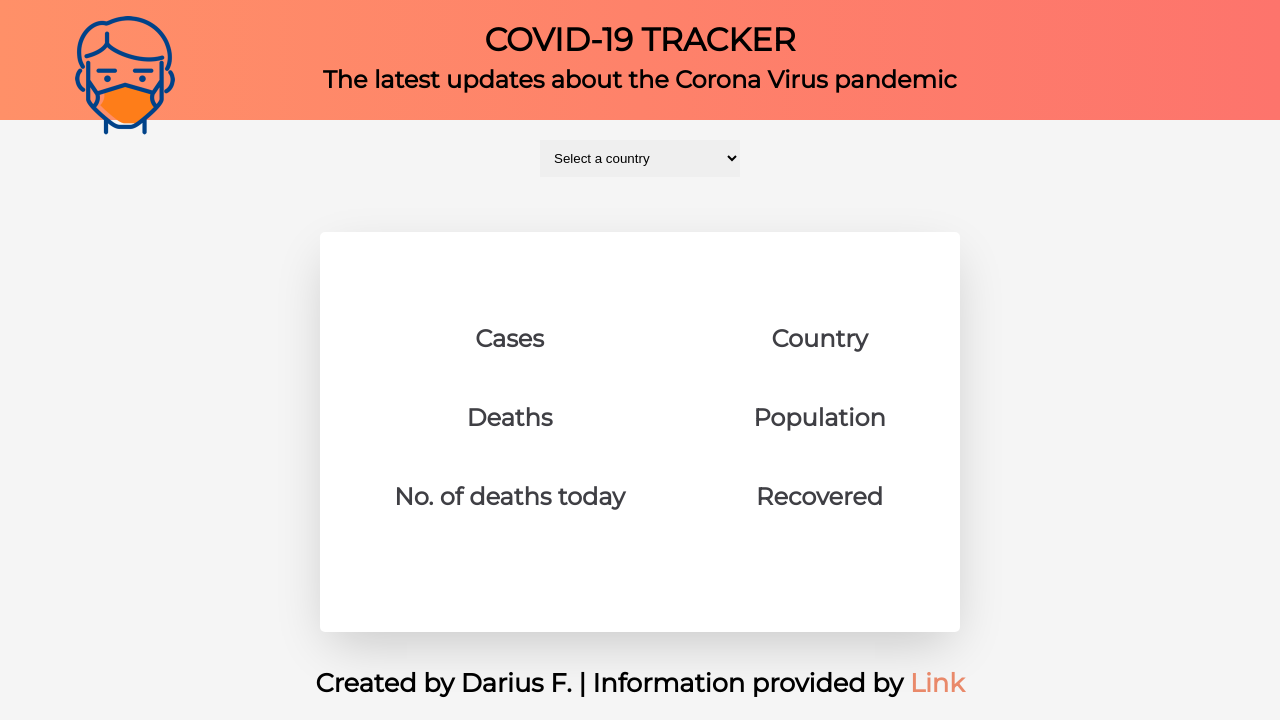
Repository: dariusfarcasanu/Covid-Tracker
Page: index.html
An editor plug-in stored every save of this project. The page is shown before and after the next save, followed by the edit.
The browser window is 1280 px wide. The pictures show the whole page.
The page's requests for data from a server got no answer.

Above is the page before, as saved 2021-05-12 16:18:52.

### index.html
<!DOCTYPE html>
<html lang="en">
  <head>
    <meta charset="UTF-8" />
    <meta http-equiv="X-UA-Compatible" content="IE=edge" />
    <meta name="viewport" content="width=device-width, initial-scale=1.0" />
    <link rel="preconnect" href="https://fonts.gstatic.com" />
    <link
      href="https://fonts.googleapis.com/css2?family=Montserrat&display=swap"
      rel="stylesheet"
    />
    <link rel="stylesheet" href="styles.css" />
    <title>Covid-19 Tracker</title>
  </head>
  <body>
    <header>
      <div class="image-container">
        <img src="rouska-covid.png" alt="" />
      </div>
      <div class="title">
        <h1>Covid-19 Tracker</h1>
        <h2>The latest updates about the Corona Virus pandemic</h2>
      </div>
    </header>
    <div class="container">
      <div class="select-container">
        <select onchange="getData(value)">
          <option value="" disabled selected hidden>Select a country</option>
        </select>
      </div>
      <div class="data-container">
        <div class="stats-container">
          <h4>Cases</h4>
          <h3 id="cases"></h3>
          <h4>Deaths</h4>
          <h3 id="deaths"></h3>
          <h4>No. of deaths today</h4>
          <h3 id="today"></h3>
        </div>

        <div class="location-container">
          <h4>Country</h4>
          <h3 id="country"></h3>
          <h4>Population</h4>
          <h3 id="population"></h3>
          <h4>Recovered</h4>
          <h3 id="recovered"></h3>
        </div>
      </div>
      <div class="footer">
        <h1>
          Created by Darius F. | Information provided by
          <a href="https://systems.jhu.edu/research/public-health/ncov/"
            >Link</a
          >
        </h1>
      </div>
    </div>
    <script src="index.js"></script>
  </body>
</html>

### styles.css
* {
  padding: 0;
  margin: 0;
  box-sizing: border-box;
}

body {
  height: 100vh;
  font-family: 'Montserrat', sans-serif;
  background-color: whitesmoke;
}

h4,
h3 {
  font-size: 1.5rem;
  padding: 10px;
  margin-bottom: 5px;
}

h3 {
  font-weight: 300;
}

header {
  background: linear-gradient(to right, #ff9068, #fd746c);
  text-align: center;
  line-height: 2.5rem;
  height: auto;
  padding: 20px;
  display: flex;
  justify-content: center;
  position: relative;
}

.image-container img {
  position: absolute;
  top: 0;
  left: 50px;
  max-width: 100%;
  display: block;
  height: auto;
  width: 150px;
}

.title {
  /* margin-left: 250px; */
  text-align: center;
  display: flex;
  flex-direction: column;
  align-items: center;
  justify-content: center;
}
.title h1 {
  text-transform: uppercase;
}

.select-container {
  padding: 20px;
  text-align: center;
}

.select-container select {
  padding: 10px;
  border: none;
  width: 200px;
  outline: none;
}

.data-container {
  background-color: white;
  height: 400px;
  width: 50%;
  margin: 35px auto 35px;
  padding: 10px;
  display: flex;
  justify-content: space-around;
  align-items: center;
  text-align: center;
  box-shadow: rgba(0, 0, 0, 0.2) 0px 18px 50px -10px;
  border-radius: 5px;
  color: #3f3f44;
  z-index: 100;
}

.footer {
  text-align: center;
  font-size: 0.8rem;
}

.footer a {
  text-decoration: none;
  color: #e9896a;
}

.footer a:hover {
  color: black;
}

@media screen and (max-width: 960px) {
  header {
    flex-direction: column;
  }

  .title {
    margin: 0;
  }

  .image-container {
    margin: 0 auto;
  }
}

@media screen and (max-width: 800px) {
  .data-container {
    flex-direction: column;
    height: 700px;
    justify-content: center;
  }
}

### index.js
window.onload = function () {
  getCovidCountries();
};

const selectTag = document.querySelector('select');
const country = document.getElementById('country');
const cases = document.getElementById('cases');
const population = document.getElementById('population');
const recovered = document.getElementById('recovered');
const deaths = document.getElementById('deaths');
const today = document.getElementById('today');
//We created a function that gets the countries from the API
//and adds them to the select options

function getCovidCountries() {
  fetch('https://corona.lmao.ninja/v2/countries')
    .then(resp => resp.json())
    .then(data => {
      data.map(data => {
        let country = data.country;

        let option = document.createElement('option');
        option.value = country;
        option.text = country;
        selectTag.appendChild(option);
      });
    })
    .catch(err => console.log(err));
}

//Function to fetch the data from the external API and add the
//data to the interface

function getData() {
  fetch(`https://corona.lmao.ninja/v2/countries/${selectTag.value}`)
    .then(resp => resp.json())
    .then(data => {
      let countryData = data.country;
      let casesData = data.cases;
      let populationData = data.population;
      let recoveredData = data.recovered;
      let deathsData = data.deaths;
      let todayData = data.todayDeaths;

      country.innerHTML = countryData;
      cases.innerHTML = casesData.toLocaleString('en');
      population.innerHTML = populationData.toLocaleString('en');
      recovered.innerHTML = recoveredData.toLocaleString('en');
      deaths.innerHTML = deathsData.toLocaleString('en');
      today.innerHTML = todayData.toLocaleString('en');
    })

    .catch(err => console.log(err));
}

After the next save:
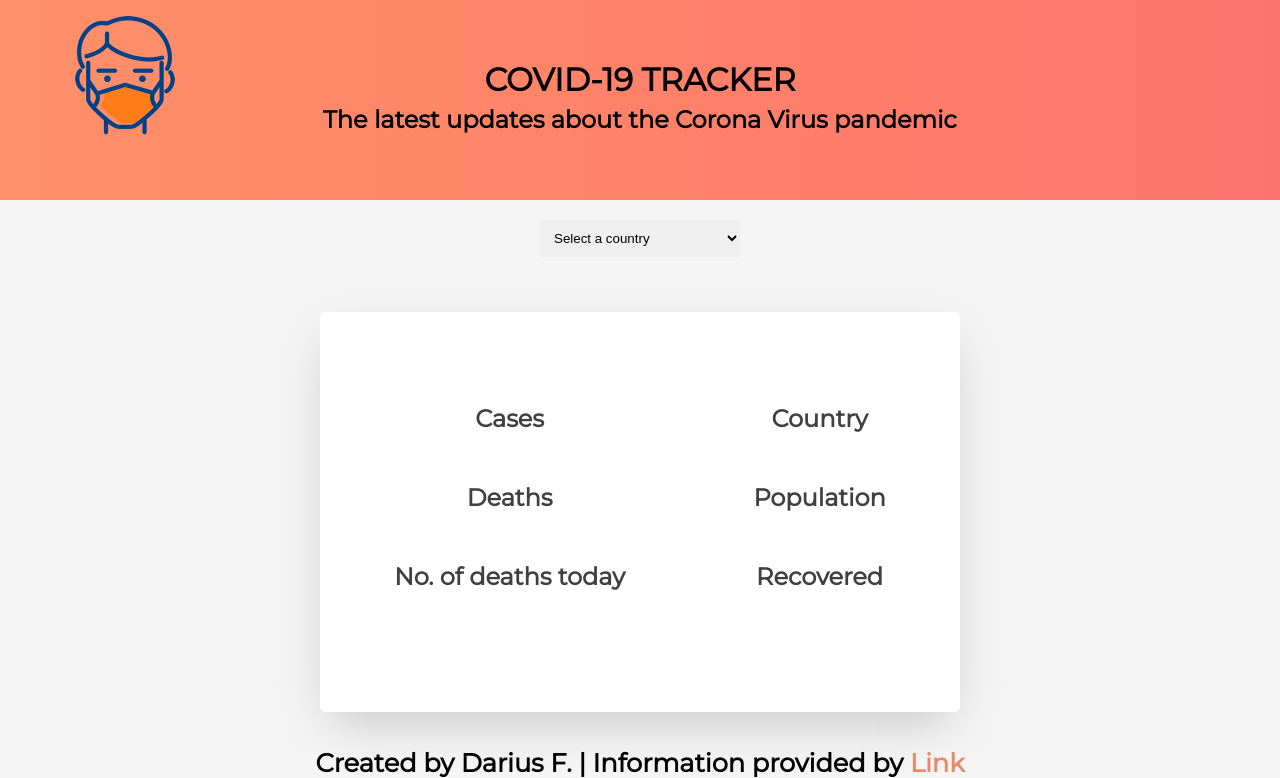
Saved 8 s later.
--- a/styles.css
+++ b/styles.css
@@ -25,7 +25,7 @@ header {
   background: linear-gradient(to right, #ff9068, #fd746c);
   text-align: center;
   line-height: 2.5rem;
-  height: auto;
+  height: 200px;
   padding: 20px;
   display: flex;
   justify-content: center;
